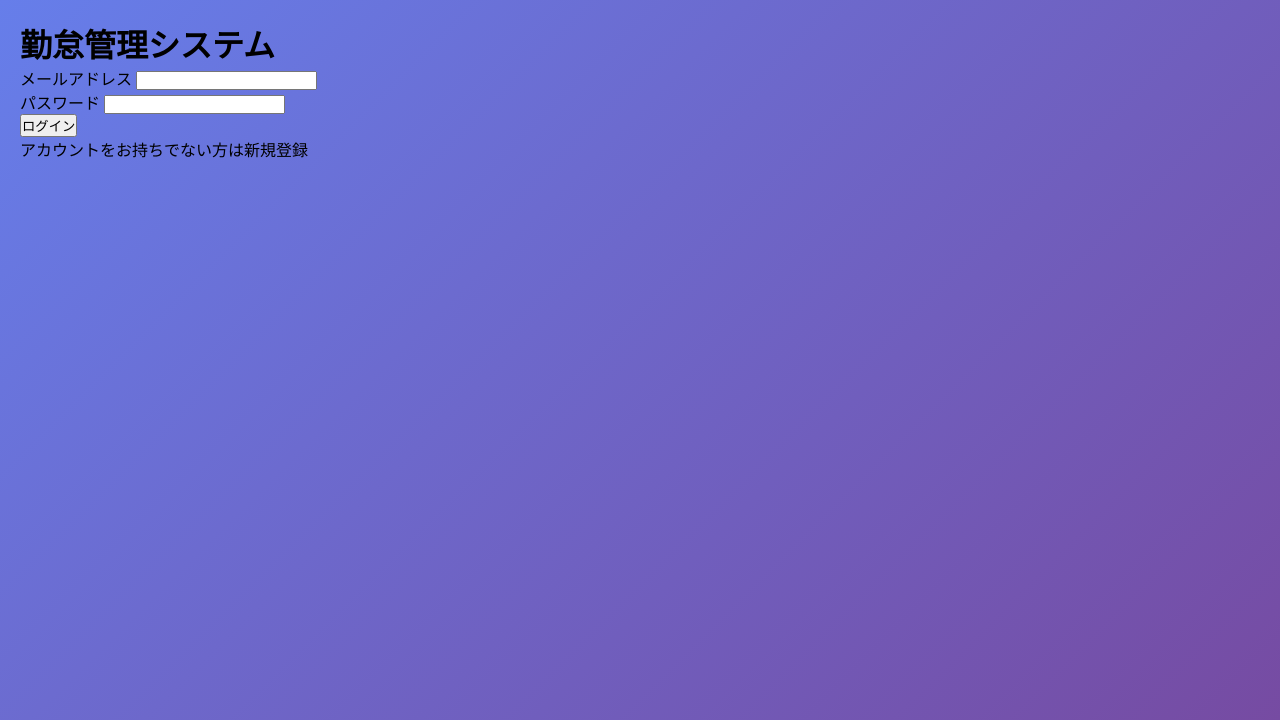
Repository: 04bit/WEB_HCJ
Page: index.html
The author's editor kept a copy of each file at every save. The page is drawn from the files as they stood at one save, then again after the next save.
The browser window is 1280 px wide. The pictures show the whole page.

Above is the page before, as saved 2025-11-25 14:57:03.

### index.html
<!DOCTYPE html>
<html lang="ja">
<head>
    <meta charset="UTF-8">
    <meta name="viewport" content="width=device-width, initial-scale=1.0">
    <title>勤怠管理システム</title>
    <link rel="stylesheet" href="style.css">
</head>
<body>
    <div class="auth-container">
        <h1>勤怠管理システム</h1>
        <div></div>
        <form>
            <div>
                <label>メールアドレス</label>
                <input type="email" id="loginEmail" required>
            </div>
            <div>
                <label>パスワード</label>
                <input type="password" id="loginPassword" required>
            </div>
            <button type="submit">ログイン</button>
        </form>
        <div>
            アカウントをお持ちでない方は<a>新規登録</a>
        </div>
    </div>
</body>
</html>

### style.css
@charset "UTF-8";

* {
    margin: 0;
    padding: 0;
    box-sizing: border-box;
}

body {
    font-family: 'Segoe UI' sans-serif;
    background: linear-gradient(135deg, #667eea 0%, #764ba2 100%);
    min-height: 100vh;
    padding: 20px;
}

.auth-container {
    max-width: 450px;
}

After the next save:
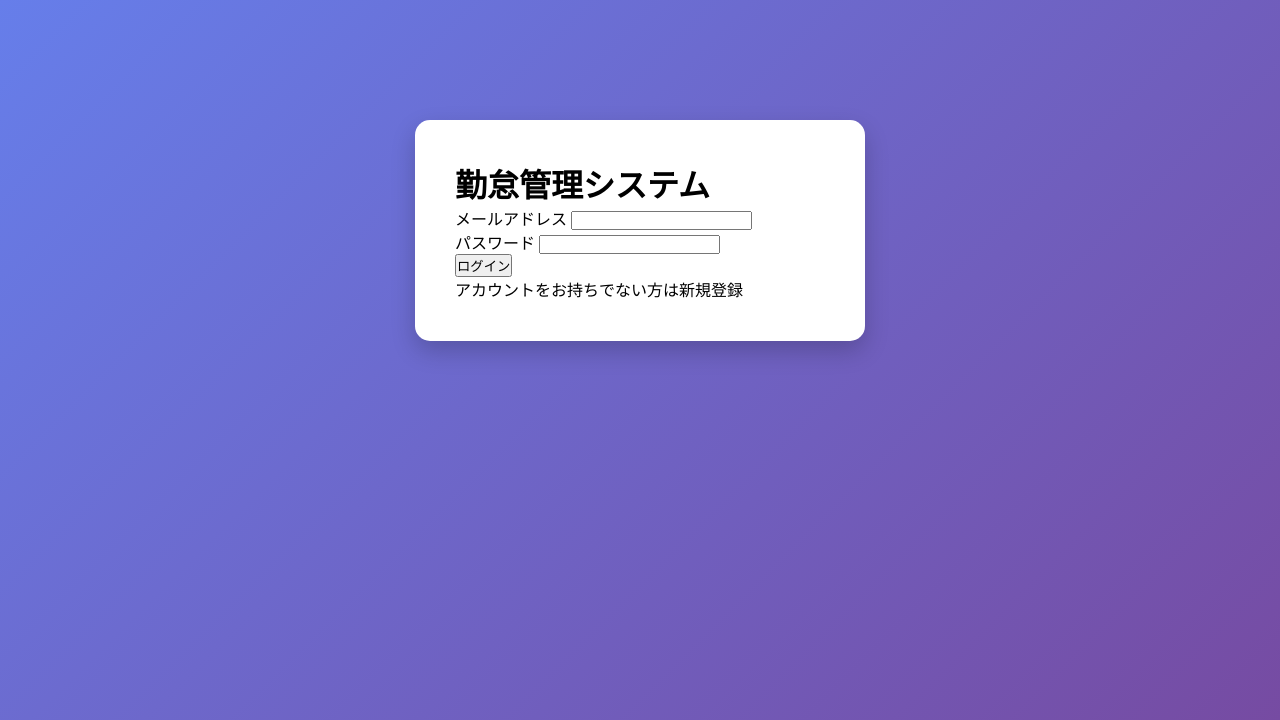
Saved 102 s later.
--- a/style.css
+++ b/style.css
@@ -15,4 +15,9 @@
 
 .auth-container {
     max-width: 450px;
+    margin: 100px auto;
+    background: white;
+    padding: 40px;
+    border-radius: 15px;
+    box-shadow: 0 10px 25px rgba(0,0,0,0.2);
 }
